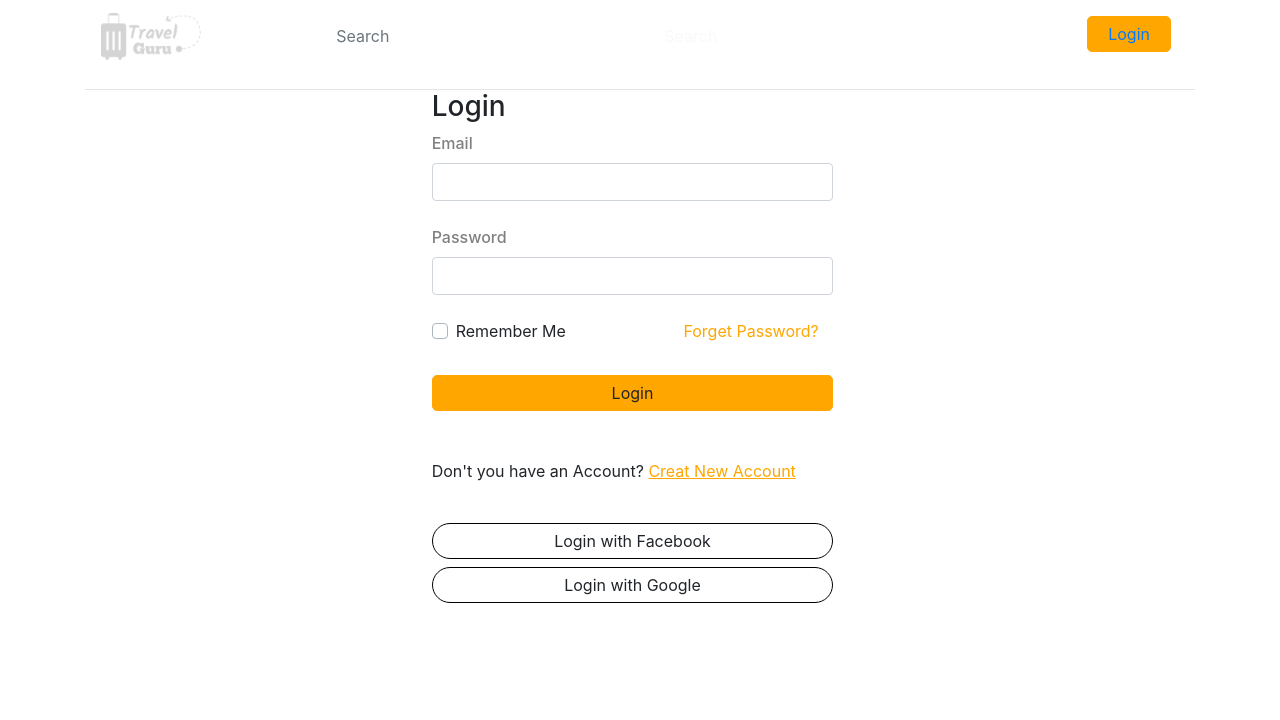
Repository: YunProgrammer/travel-website-project-tho
Page: /login (app in client/)
An editor plug-in stored every save of this project. The page is shown before and after the next save, followed by the edit.
The browser window is 1280 px wide. The pictures show the whole page.
The project was rebuilt for these pictures with package versions that can differ from the ones it lists, and the page was loaded fresh each time. A package was used in the major version that the imports need, not the one package.json lists. Also part of the build but not shown: client/src/App.css, client/src/Components/HomePage/data.js, client/src/Components/HomePage/HomePage.js, client/src/Components/BookingPage/BookingPage.js, client/src/Components/PrivateRoute/PrivateRoute.js, client/src/Components/SearchPage/searchData.js, client/src/Components/SearchPage/SearchShower.js, client/src/Components/SearchPage/SearchPage.js.

Above is the page before, as saved 2020-09-19 19:43:41.

### client/src/index.js
// import React from 'react';
// import ReactDOM from 'react-dom';
// import './index.css';
// import App from './App';
// import * as serviceWorker from './serviceWorker';
// import './index.css';
// import { BrowserRouter } from 'react-router-dom';
// ReactDOM.render(
//   <React.StrictMode>
//     <BrowserRouter>
//     <App />
//     </BrowserRouter>
//   </React.StrictMode>,
//   document.getElementById('root')
// );

// If you want your app to work offline and load faster, you can change
// unregister() to register() below. Note this comes with some pitfalls.
// Learn more about service workers: https://bit.ly/CRA-PWA
// serviceWorker.unregister();
import React from 'react';
import ReactDOM from 'react-dom/client';
import './index.css';
import App from './App';
import { BrowserRouter } from 'react-router-dom';
import { AuthProvider } from './Components/authProvider';
const root = ReactDOM.createRoot(document.getElementById('root'));
root.render(
  <React.StrictMode>
    <BrowserRouter>
    <AuthProvider>
        <App />
    </AuthProvider>
    </BrowserRouter>

  </React.StrictMode>
);

### client/src/index.css
@import url('https://fonts.googleapis.com/css2?family=Open+Sans:wght@400;500;600;700&display=swap');


body {
  margin: 0;
  font-family: -apple-system, BlinkMacSystemFont, 'Segoe UI', 'Roboto', 'Oxygen',
    'Ubuntu', 'Cantarell', 'Fira Sans', 'Droid Sans', 'Helvetica Neue',
    sans-serif;
  -webkit-font-smoothing: antialiased;
  -moz-osx-font-smoothing: grayscale;
}

code {
  font-family: source-code-pro, Menlo, Monaco, Consolas, 'Courier New',
    monospace;
}
@tailwind base;
@tailwind components;
@tailwind utilities;

### client/src/App.js
import React from 'react';
import { createContext, useState } from 'react';
import './App.css';
import {
  BrowserRouter as Router,
  Switch,
  Route
} from "react-router-dom";
import HomePage from './Components/HomePage/HomePage';
import BookingPage from './Components/BookingPage/BookingPage';
import NavBar from './Components/NavBar/NavBar';
import LogInPage from './Components/LogInPage/LogInPage';
import PrivateRoute from './Components/PrivateRoute/PrivateRoute';
import SearchPage from './Components/SearchPage/SearchPage';

export const userStatusContext = createContext();

function App() {
  const[userStatus, setUserStatus] = useState({
    isNewUser: false,
  });

  return (
    <userStatusContext.Provider value={[userStatus, setUserStatus]}>
    <Router>
      <NavBar />
      <Switch>
        <Route exact path="/" component={HomePage} />
        <Route exact path="/Booking/:category" component={BookingPage} />
        <Route exact path="/login" component={LogInPage} />
        <PrivateRoute path="/searches">
          <SearchPage />
        </PrivateRoute>
      </Switch>
    </Router>
    </userStatusContext.Provider>
  );
}

export default App;

### client/src/Components/authProvider/index.js
import { createContext, useState } from "react";

const AuthContext = createContext({});

export const AuthProvider = ({ children }) => {
    const [auth, setAuth] = useState({});

    return (
        <AuthContext.Provider value={{ auth, setAuth }}>
            {children}
        </AuthContext.Provider>
    )
}

export default AuthContext;

### client/src/Components/NavBar/NavBar.js
import React, { useContext } from 'react';
import logo from '../../images/Logo.png';
import '../HomePage/HomePage.css';
import { Link } from "react-router-dom";
import * as firebase from "firebase/app";
import { Form, FormControl, Nav, Navbar, Container, Button} from 'react-bootstrap';
import { userStatusContext } from '../../App';

const NavBar = () => {
    const NavLinksClassVersion = "ml-sm-2 ml-3 mr-sm-2 mr-3 navLinks";
    const[userStatus, setUserStatus] = useContext(userStatusContext);
    console.log(userStatus);
    //signOut operation starts from here
    const signOut = () => {
        firebase.auth().signOut().then(function() {
            // Sign-out successful.
        }).catch(function(error) {
        // An error happened.
        });
        const updateUserStatus = {...userStatus};
        delete updateUserStatus.authorized;
        setUserStatus(updateUserStatus);
    }

    return (
        <div>
            <Container className="fixed-top">
            <Navbar className="myNavStyle">
            <Navbar.Brand><Link to="/"><img src={logo} alt="" className="logo"/></Link></Navbar.Brand>
            <Navbar.Toggle aria-controls="basic-navbar-nav" />
            <Navbar.Collapse id="basic-navbar-nav">
                <Form inline className="ml-sm-2 ml-md-auto">
                <FormControl type="text" placeholder="Search" className="mr-sm-2 border border-white rounded-pill mySearchStyle"/>
                <Button variant="outline-light" className="border border-white rounded-pill">Search</Button>
                </Form>
                <Nav>
                <Nav.Link href="#" className={NavLinksClassVersion}>News</Nav.Link>
                <Nav.Link href="#" className={NavLinksClassVersion}>Destination</Nav.Link>
                <Nav.Link href="#" className={NavLinksClassVersion}>Blog</Nav.Link>
                <Nav.Link href="#" className={NavLinksClassVersion}>Contact</Nav.Link>
                {
                    userStatus.authorized
                    ?   <button className="ml-sm-2 ml-3 mr-sm-2 mr-3 myBtn" onClick={signOut}>Logout</button>
                    :   <Link to="/login"><button className="ml-sm-2 ml-3 mr-sm-2 mr-3 myBtn">Login</button></Link>
                }
                </Nav>
            </Navbar.Collapse>
            </Navbar>
            <hr/>
            </Container>
        </div>
    );
};

export default NavBar;

### client/src/Components/LogInPage/LogInPage.js
import React, { useContext, useState } from 'react';
import '../HomePage/HomePage.css';
import { Link, useHistory, useLocation } from "react-router-dom";
import { Form, Row, Col, Alert } from 'react-bootstrap';
import * as firebase from "firebase/app";
import "firebase/auth";
import firebaseConfig from '../../firebase.config';
import { userStatusContext } from '../../App';


//styling portion is here
const LogInPageStyle = {
    LogInPageStyle:{
        paddingTop: '7%',
        paddingBottom: '5.9%',
    },
    inputText:{
        color: 'grey',
        fontWeight: '500',
    },
    optionalBtn:{
        width: '100%',
        border:'1px solid black',
        borderRadius: '25px',
        padding: '5px 0px',
    },
    link:{
        color: 'rgb(255, 166, 0)',
        cursor: 'pointer',
        textDecoration: 'underline',
    }

}
//Styling portion ends here


//firebase initialization
firebase.initializeApp(firebaseConfig);


const LogInPage = () => {

    const[userStatus, setUserStatus] = useContext(userStatusContext); //Calling Context api
    console.log(userStatus);
    const[authCondition, setAuthCondition] = useState({});

    //things for private routing
    const history = useHistory();
    const location = useLocation();
    const { from } = location.state || { from: { pathname: "/" } };
    //things for private routing ends here.....
    // & the rest thing is below.....

    const updatingAuthCondition = (boolean, message) =>{
        const authStatus = {
            authSuccess: boolean,
            authMessage: message,
        }
        setAuthCondition(authStatus);
    }

    //showing alert if password didn't match while creating a new account
    const [show, setShow] = useState(false);
    const myAlert =
        <Alert variant="danger" onClose={() => setShow(false)} dismissible>
        <Alert.Heading>Your Password didn't match</Alert.Heading>
        <p>Make sure that you type the same password in the 'confirmPassword' box which you gave in the 'password' box. </p>
    </Alert>;
    //showing alert ends here.....

    //Google LogIn starts here
    const loginWithGoogle = () =>{
        const provider = new firebase.auth.GoogleAuthProvider(); //declaring Google Provider
        const updateUserStatus = {...userStatus};
        firebase
        .auth()
        .signInWithPopup(provider)
        .then(function(result) {
            var user = result.user;
            //updating userStatus
            updateUserStatus.email= user.email;
            updateUserStatus.authorized= user.email;
            updatingAuthCondition(true, "You've signed in successfully");
            history.replace(from);
          })
        .catch(function(error) {
            var errorMessage = error.message;
            updatingAuthCondition(false, errorMessage);
        });
        setUserStatus(updateUserStatus);
    }
    //Google LogIn ends here.....


    //Facebook LogIn starts here
    const loginWithFacebook = () =>{
        const fbProvider = new firebase.auth.FacebookAuthProvider(); //declaring Facebook Provider
        const updateUserStatus = {...userStatus};
        firebase
        .auth()
        .signInWithPopup(fbProvider)
        .then(function(result) {
            const user = result.user;
            //updating userStatus
            updateUserStatus.email= user.email;
            updateUserStatus.authorized= user.displayName;
            updatingAuthCondition(true, "You've signed in successfully");
            history.replace(from);
        })
        .catch(function(error) {
            const errorMessage = error.message;
            updatingAuthCondition(false, errorMessage);
        });
        setUserStatus(updateUserStatus);
    }
    //Facebook LogIn ends here.....


    //"Declaring SignUp or SignIn option" starts here
    const signInOrSignUpDeclaration = (operationName) => {
        const updateUserStatus = {...userStatus};
        if (operationName === 'signIn') {
            updateUserStatus.isNewUser= false;
        }
        else if (operationName === 'signUp') {
            updateUserStatus.isNewUser= true;
        }
        setUserStatus(updateUserStatus);
    }
    //"Declaring SignUp or SignIn option" ends here.....


    //taking Inputs from inputFields and updating contextApi
    const takingFieldDataAndUpdatingContextAPI = e =>{
        const name = e.target.name;
        const value = e.target.value;
        let isInputFieldValid = true;

        //password and email validation
        if(name === 'email'){
            isInputFieldValid = /\S+@\S+\.\S+/.test(value);
            if (isInputFieldValid === true) {
                updatingAuthCondition(true, "  ");
            }else{
                updatingAuthCondition(false, "Invalid email");
            }
        }
        if(name === 'password'){
            isInputFieldValid = /^(?=.*\d)(?=.*[a-z])(?=.*[A-Z])[0-9a-zA-Z]{6,}$/.test(value);
            //checking at least 6 characters(one number, one uppercase & one lowercase)
            console.log(isInputFieldValid);
            if (isInputFieldValid === true) {
                updatingAuthCondition(true, "  ");
            }else{
                updatingAuthCondition(false, "Invalid password");
            }
        }
        if(name === 'confirmPassword'){
            if (userStatus.confirmPassword === userStatus.password) {
                setShow(false);
            }else{
                setShow(true);
            }
        }
        if (isInputFieldValid) {
            const userInfo = {...userStatus};
            userInfo[name] = value;
            setUserStatus(userInfo);
        }
    }
    //taking Inputs from inputFields and updating contextApi ends here.....


    //Sign in or Sign up Option starts from here
    const signUpOrSignInOperation = e => {

        // SigningIn of an already existing user
        if (userStatus.isNewUser === false ) {
            firebase
            .auth()
            .signInWithEmailAndPassword(userStatus.email, userStatus.password)
            .then( res =>{
                updatingAuthCondition(true, "You've signed in successfully");
                const updateUserStatus = {...userStatus};
                updateUserStatus.authorized= res.user.email;
                setUserStatus(updateUserStatus);
                history.replace(from);
            })
            .catch(function(error) {
                const errorMessage = error.message;
                updatingAuthCondition(false, errorMessage)
            });
        }

        //Creating a new User Account
        if (userStatus.isNewUser === true) {

            updatingAuthCondition(false, '');

            if (userStatus.confirmPassword === userStatus.password) {
                setShow(false);
                firebase
                .auth()
                .createUserWithEmailAndPassword(userStatus.email, userStatus.password)
                .then(res => {
                    const updateUserStatus = {...userStatus};
                    updateUserStatus.isNewUser= false;
                    updateUserStatus.authorized= res.user.email;
                    // console.log("account created");
                    setUserStatus(updateUserStatus);
                    history.replace(from);
                })
                .catch(function(error) {
                    const errorMessage = error.message;
                    console.log(errorMessage);
                });
            }
            else{ setShow(true) }
        }

        e.preventDefault();
    }
    //Sign in or Sign up Option ends from here



    return (

        <div style={LogInPageStyle.LogInPageStyle}>
            <Row style={{marginRight:"0px"}}>
            <Col md={4}></Col>

            <Col sm={12} md={4}>

                { show && myAlert }
                {authCondition.authSuccess ===true && <p style={{color: 'green'}}>{authCondition.authMessage}</p> }
                {authCondition.authSuccess ===false && <p style={{color: 'red'}}>{authCondition.authMessage}</p> }

                {   /**Showing Conditionally 'Title'*/
                    userStatus.isNewUser
                    ?<h3>Creat New Account</h3>
                    :<h3>Login</h3>
                    /**Showing Conditionally ends here*/
                }

                <Form>
                <Form.Group >

                    {   /**Showing Conditionally 'Name Fields'*/
                        userStatus.isNewUser && <div>
                            <Form.Label style={LogInPageStyle.inputText}>First Name</Form.Label>
                            <Form.Control type="text" name="fName" onBlur={takingFieldDataAndUpdatingContextAPI} />
                            <br/>
                            <Form.Label style={LogInPageStyle.inputText}>Last Name</Form.Label>
                            <Form.Control type="text" name="lName" onBlur={takingFieldDataAndUpdatingContextAPI} />
                            <br/>
                        </div>
                        /**Showing Conditionally ends here*/
                    }
                    <Form.Label style={LogInPageStyle.inputText}>Email{userStatus.isNewUser && <span style={{color:'red'}}>*</span>}</Form.Label>
                    <Form.Control type="email" name="email" onBlur={takingFieldDataAndUpdatingContextAPI} required />
                    <br/>

                    <Form.Label style={LogInPageStyle.inputText}>Password{userStatus.isNewUser && <span style={{color:'red'}}>*</span>}</Form.Label>
                    <Form.Control type="password" name="password" onBlur={takingFieldDataAndUpdatingContextAPI} required />

                    {userStatus.isNewUser && <p><small>Password must have 6 characters<i>(1 number, 1 uppercase and 1 lowercase)</i></small></p> }
                    <br/>

                    {   /**Showing Conditionally 'confirm password' filed*/
                        userStatus.isNewUser && <div>
                            <Form.Label style={LogInPageStyle.inputText}>Confirm Password<span style={{color:'red'}}>*</span></Form.Label>
                            <Form.Control type="password" name="confirmPassword" onBlur={takingFieldDataAndUpdatingContextAPI} required />
                        </div>
                        /**Showing Conditionally ends here*/
                    }
                    <Row>
                        <Col sm={7}>
                            <Form.Check
                            type="checkbox"
                            id="customControlAutosizing"
                            label="Remember Me"
                            custom
                            />
                        </Col>
                        <Col sm={5}>
                            <Link style={{color: 'rgb(255, 166, 0)'}}><p>Forget Password?</p></Link>
                        </Col>
                    </Row>
                </Form.Group>
                    <button className="myBtn" style={{width: '100%'}} onClick={signUpOrSignInOperation}>
                        {   /**Showing Conditionally 'Button Name'*/
                            userStatus.isNewUser
                            ?'Creat New account'
                            :'Login'
                            /**Showing Conditionally ends here*/
                        }
                    </button>
                </Form>
                    <br/>
                    <br/>
                {
                    userStatus.isNewUser
                    ?<p>Already have an Account? <span style={LogInPageStyle.link} onClick={()=>signInOrSignUpDeclaration('signIn')}>Login</span></p>
                    :<p>Don't you have an Account? <span style={LogInPageStyle.link} onClick={()=>signInOrSignUpDeclaration('signUp')}>Creat New Account</span></p>
                }

                <br/>

                <button style={LogInPageStyle.optionalBtn} onClick={loginWithFacebook} className="mb-2">
                    Login with Facebook
                </button>
                <br/>

                <button style={LogInPageStyle.optionalBtn} onClick={loginWithGoogle}>
                    Login with Google
                </button>

            </Col>
            <Col md={4}></Col>
            </Row>
        </div>
    );
};

export default LogInPage;

### client/src/Components/HomePage/HomePage.css
@import url('https://fonts.googleapis.com/css2?family=Montserrat:ital,wght@0,500;0,700;1,300;1,600&display=swap');
.homePage{
    background: url(../../images/Image/Rectangle\ 1.png);
    box-shadow: inset 0 0 0 1000px rgba(0, 0, 0, 0.644);
    padding-top: 5%;
    padding-bottom: 5.5%;
    background-size: 100%;
    height: 100vh;
}
.homeMainPortion h1, .homeMainPortion p{
    color: white;
    font-family: 'Montserrat', sans-serif;
}
.SelectedPlace{
    padding-left: 30px;
    padding-top: 20px;
}
.SelectedPlace h1{
    text-transform: uppercase;
    font-size: 50px;
    font-weight: 800;
}
.headerImg{
    display: flex;
    justify-content: space-between;
}
.selectedItem{
    border: 4px solid orange;
}
.headerImg  img{
    width: 90%;
    background: linear-gradient(0.12deg, #000000 0.1%, rgba(0, 0, 0, 0) 69.96%);
    border-radius: 20px;
}
.headerImg  img:hover{
    box-sizing: border-box;
    border: 4px solid orange;
    overflow: hidden;
}
.logo{
    width: 100px;
    color: white;
    margin: 0px;
    filter: invert(100%);
}
.myNavStyle{
    background-color: rgba(240, 248, 255, 0) !important;
}
.mySearchStyle{
    background-color: rgba(255, 255, 255, 0.239) !important;
    width: 20rem !important;
}
.navLinks{
    color: white !important;
}
.myBtn{
    background-color: rgb(255, 166, 0);
    border: 1px solid rgb(255, 166, 0);
    border-radius: 5px;
    padding: 5px 20px;
}
.homeMainPortion{
    padding: 50px 0px;
    padding-top: 5rem;
    margin: 0px;
}
.toggleBtn{
    font-size: 30px;
    width: 55px;
    height: 55px;
    border: 1px solid white;
    border-radius: 50%;
}
.toggleBtn:hover{
    background-color: orange;
}
.toggleBtn:nth-child(2){
    margin-left: 20px;
}
.controls{
    position: absolute;
    left: 50%;
    transform: translateX(-50%);
}

### client/src/firebase.config.js
const firebaseConfig = {
    apiKey: "AIzaSyA6GPOLMEMaNXbgFD-BDFOklLORKaBoGVE",
    authDomain: "travel-guru-aa.firebaseapp.com",
    databaseURL: "https://travel-guru-aa.firebaseio.com",
    projectId: "travel-guru-aa",
    storageBucket: "travel-guru-aa.appspot.com",
    messagingSenderId: "246451434793",
    appId: "1:246451434793:web:869d4ef5ee22dc2ddb7338"
  };
export default firebaseConfig;

Loaded but not shown: client/public/index.html (common file); client/tailwind.config.js (common file)

After the next save:
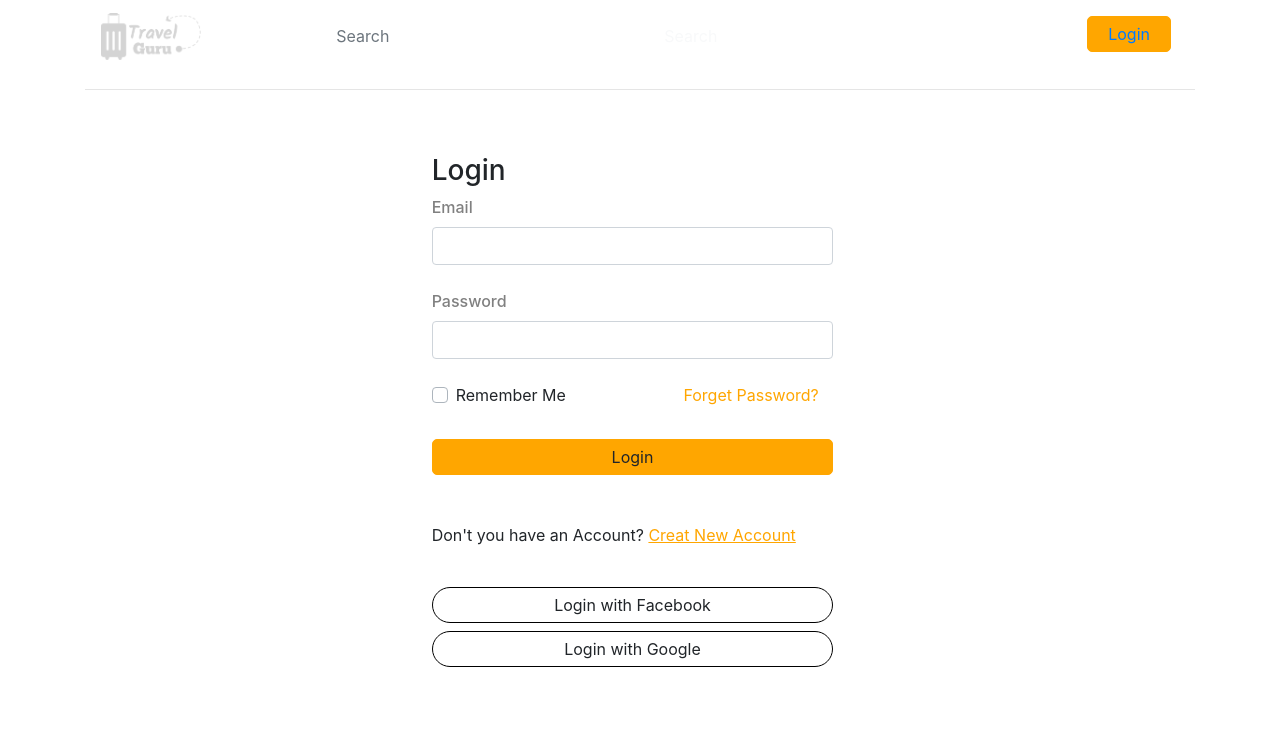
Saved 35 s later.
--- a/client/src/Components/LogInPage/LogInPage.js
+++ b/client/src/Components/LogInPage/LogInPage.js
@@ -11,7 +11,7 @@ import { userStatusContext } from '../../App';
 //styling portion is here
 const LogInPageStyle = {
     LogInPageStyle:{
-        paddingTop: '7%',
+        paddingTop: '12%',
         paddingBottom: '5.9%',
     },
     inputText:{
